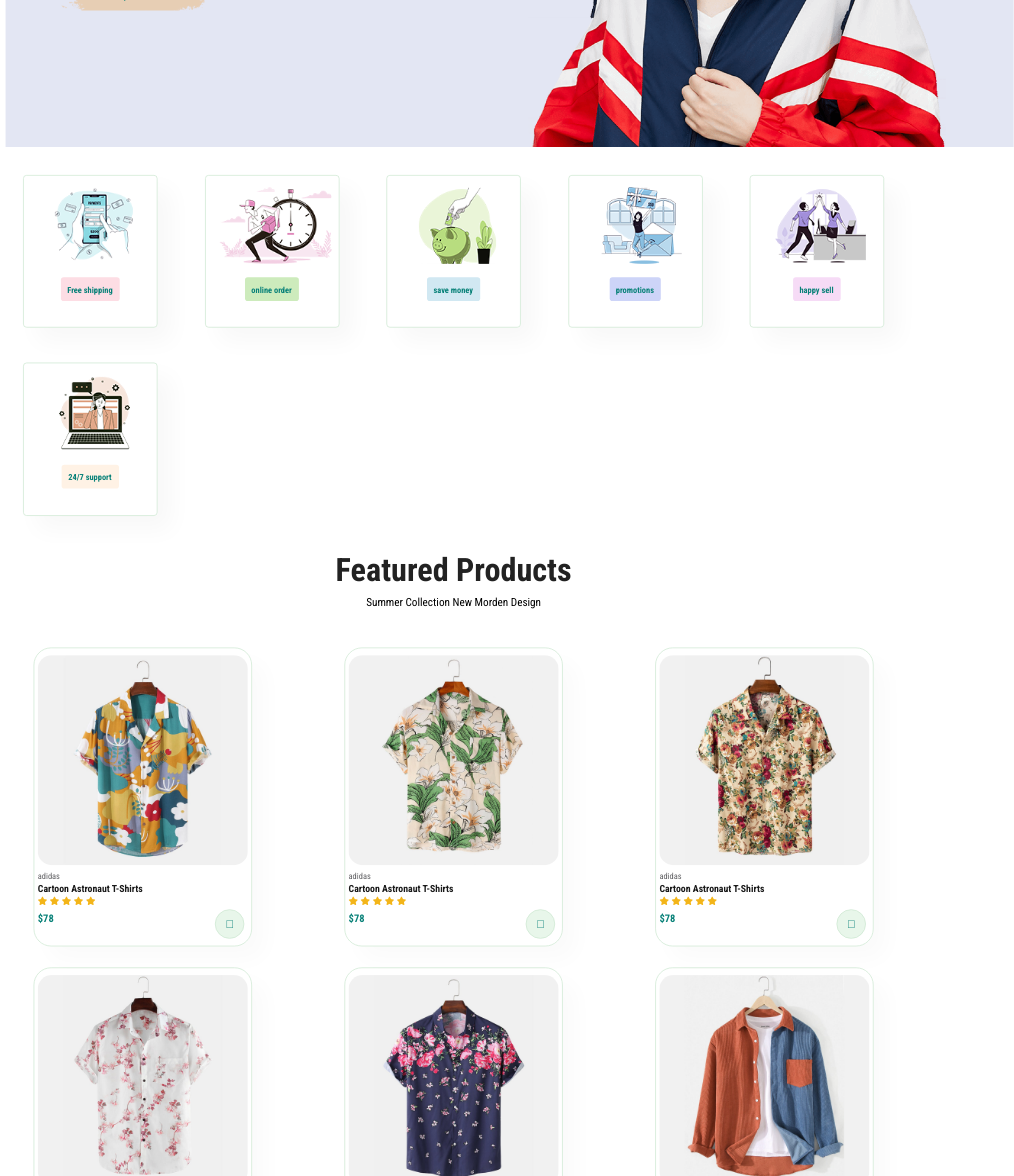
Repository: nhutduy-1905/web_coban
Page: src/index/index.html
An editor plug-in stored every save of this project. The page is shown before and after the next save, followed by the edit.
The browser window is 1280 px wide. The page is 1448 px wide, so the pictures cover 1448 px, including what lies to the right of the window. The pictures show the part of the page from y = 530 to 2210 px (the page is 3813 px tall before and 3840 px after), at 70% of full size.

Above is the page before, as saved 2024-11-19 21:56:08.

After the next save:
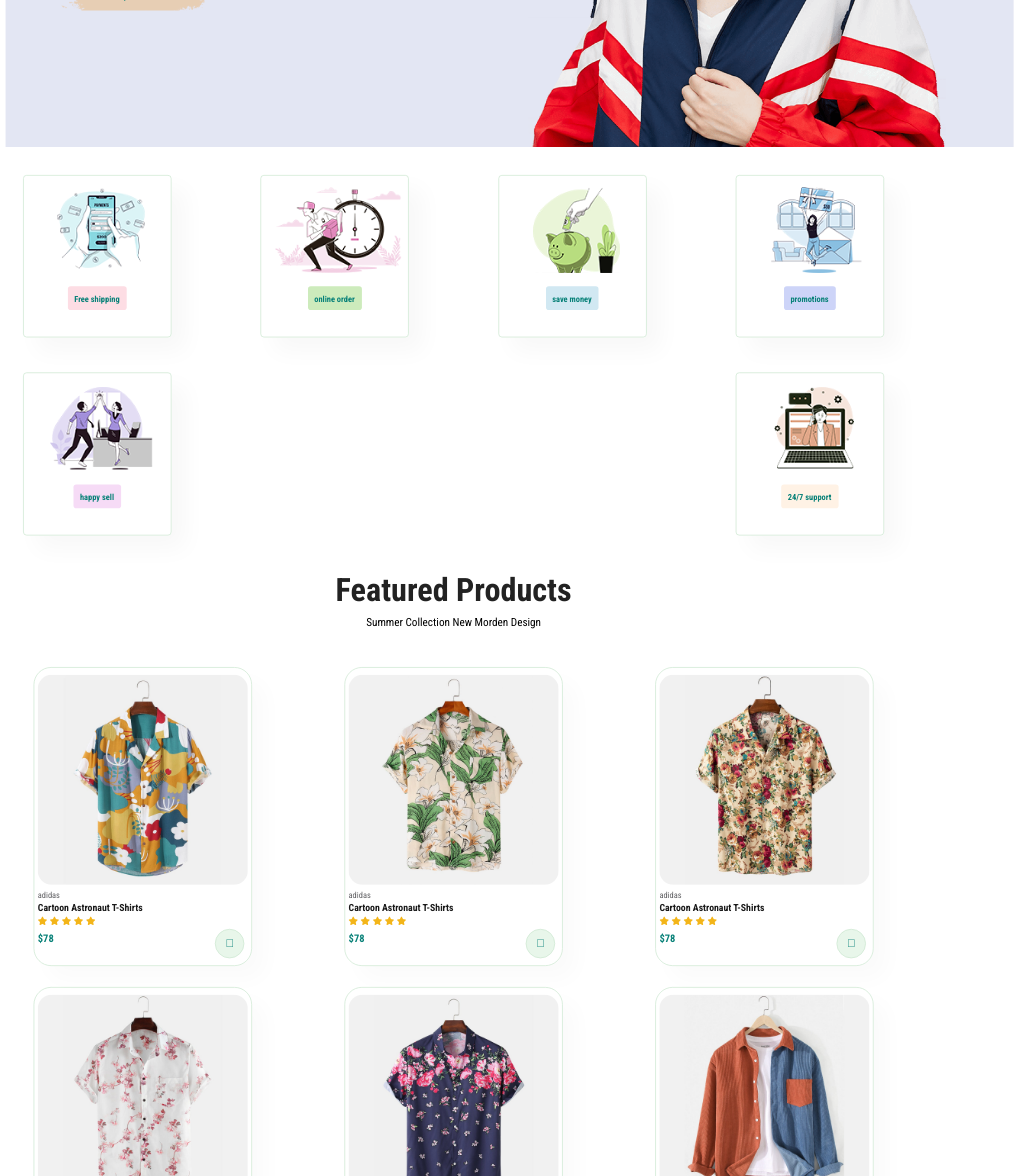
Saved 9 s later.
--- a/src/benefit/benefit.css
+++ b/src/benefit/benefit.css
@@ -10,7 +10,7 @@
  }
 
  #featured .fe-box {
-    width: 160px;
+    width: 180px;
     /* Đặt chiều rộng cho mỗi hộp là 120px */
     text-align: center;
     /* Căn giữa nội dung văn bản trong mỗi hộp */
